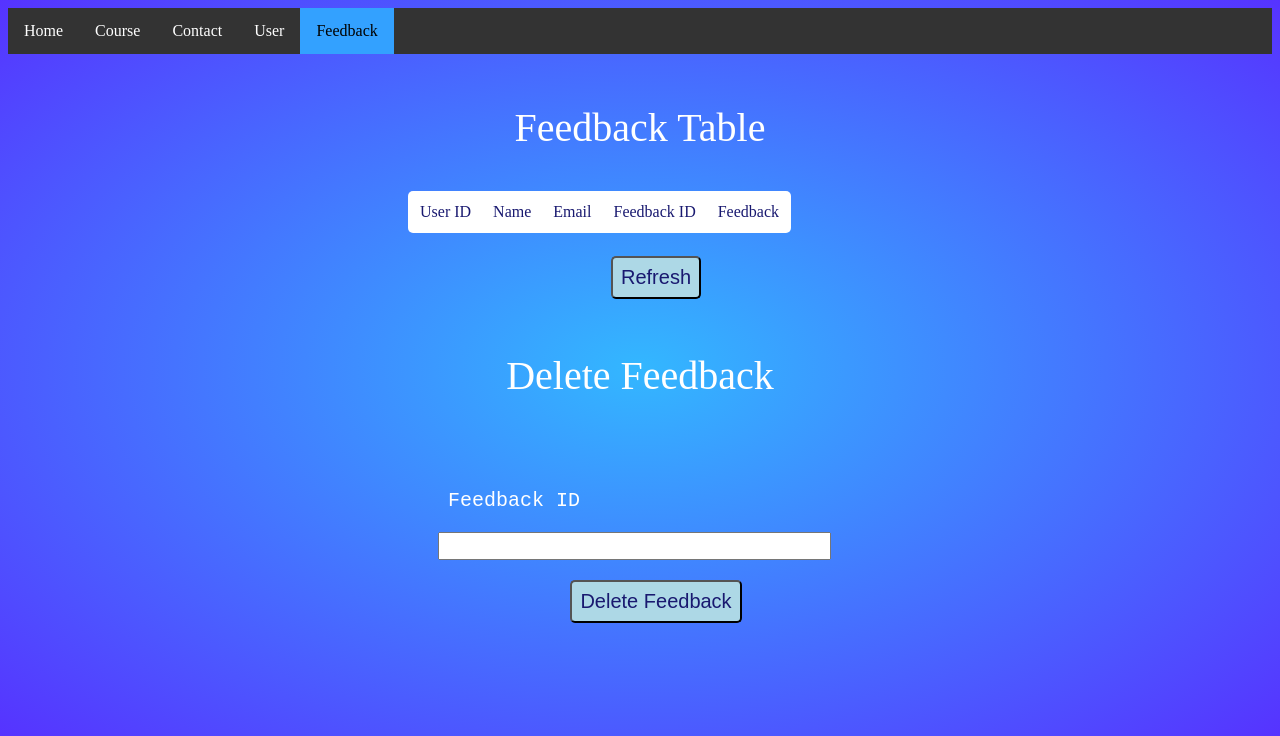
Repository: ShreyasG27/Amdocs-Training
Page: http://localhost/e-learning-frontend/feedbackdisplay.jsp
These files come from the project's save history. The page is drawn as it stood at one moment and after the next save; the edit follows.
The browser window is 1280 px wide. The pictures show the whole page.
The page is served by Tomcat 9. Other server files are loaded and not shown. Queries for data that is not in the repository find no rows.

Above is the page before, as saved 2021-08-23 04:50:08.

### e-learning-frontend/src/main/webapp/feedbackdisplay.jsp
<%@ page language="java" contentType="text/html; charset=ISO-8859-1"
    pageEncoding="ISO-8859-1"%>
    <%@ page import="java.sql.*" %>
<%@ page import="java.io.*" %>
<!DOCTYPE html PUBLIC "-//W3C//DTD HTML 4.01 Transitional//EN" "http://www.w3.org/TR/html4/loose.dtd">
<html>
<head>
<meta http-equiv="Content-Type" content="text/html; charset=ISO-8859-1">
<title>Feedback Page Admin</title>
<style>
body{
	background-image: radial-gradient(#33B7FF,#5633ff);
	color: white;
	height: 100vh;
}
.heading{
font-size:40px;
margin-top: 50px;
}
.submitbutton{
	margin-left:600px;
	padding:8px;
	font-size:20px;
	color: midnightblue;
	background-color:lightblue;
	border-radius:5px;
	margin-top: 20px;
}
.submitbutton:hover{
	margin-left:600px;
	padding:8px;
	font-size:20px;
	color: midnightblue;
	background-color:cyan;
	border-radius:5px;
	margin-top: 20px;
}
.deletebutton{
	margin-left:500px;
	padding:8px;
	font-size:20px;
	color: midnightblue;
	background-color:lightblue;
	border-radius:5px;
	margin-top: 20px;
}
.deletebutton:hover{
	margin-left:500px;
	padding:8px;
	font-size:20px;
	color: midnightblue;
	background-color:cyan;
	border-radius:5px;
	margin-top: 20px;
}
.inputfld{
	margin-left: 430px;
	padding: 5px;
	broder-radius:10px;
	font-size:12px;
	width:30%;
}
.inputfld1{
	margin-left: 420px;
	padding: 5px;
	broder-radius:10px;
	font-size:12px;
	width:30%;
}
.inputfld2{
	margin-left: 438px;
	padding: 5px;
	broder-radius:10px;
	font-size:12px;
	width:30%;
}
.txtfld{
	font-size:20px;
	margin-left:440px;
}
ul {
  list-style-type: none;
  margin: 0;
  padding: 0;
  overflow: hidden;
  background-color: #333;
  width:100%;
}

li {
  float: left;
}

li a {
  display: block;
  color: white;
  text-align: center;
  padding: 14px 16px;
  text-decoration: none;
}

li a:hover:not(.active) {
  background-color: #111;
}

.active {
  background-color: #33A1FF;
  color: black;
}
.tableedit{
	margin-left:400px;
	border-radius:5px;
	background-color:white;
}
</style>
</head>
<body>
<ul>
  <li><a href="afterloginadm.jsp">Home</a></li>
  <li><a href="course.jsp">Course</a></li>
  <li><a href="contactdisplay.jsp">Contact</a></li>
  <li><a href="userdisplay.jsp">User</a></li>
  <li><a class="active" href="feedbackdisplay.jsp">Feedback</a></li>
</ul>
 <center><p class="heading">Feedback Table</p></center>
<%
try {
/* Create string of connection url within specified format with machine
name, port number and database name. Here machine name id localhost and
database name is student. */
String connectionURL = "jdbc:mysql://localhost:3306/elearningschema";
// declare a connection by using Connection interface
Connection connection = null;
/* declare object of Statement interface that is used for executing sql
statements. */
Statement statement = null;
// declare a resultset that uses as a table for output data from tha table.
ResultSet rs = null;
// Load JBBC driver "com.mysql.jdbc.Driver"
Class.forName("com.mysql.cj.jdbc.Driver").newInstance();
/* Create a connection by using getConnection() method that takes parameters
of string type connection url, user name and password to connect to database.*/
connection = DriverManager.getConnection(connectionURL, "root", "root");
/* createStatement() is used for create statement object that is used for
sending sql statements to the specified database. */
statement = connection.createStatement();
// sql query to retrieve values from the secified table.
String QueryString = "SELECT * from feedback";
rs = statement.executeQuery(QueryString);
%>
<TABLE class="tableedit" cellpadding="10" style=" color:midnightblue;">
<TR>
<TD>User ID</TD>
<TD>Name</TD>
<TD>Email</TD>
<TD>Feedback ID</TD>
<TD>Feedback</TD>
</TR>
<%
while (rs.next()) {
%>
<TR>
<TD><%=rs.getInt(1)%></TD>
<TD><%=rs.getString(2)%></TD>
<TD><%=rs.getString(3)%></TD>
<TD><%=rs.getInt(4)%></TD>
<TD><%=rs.getString(5)%></TD>
</TR>
<% } %>
<%
// close all the connections.
rs.close();
statement.close();
connection.close();
} catch (Exception ex) {
%>
</font>
<font size="+3" color="red"></b>
<%
out.println("Unable to connect to database.");
}
%>
</TABLE><TABLE>
<TR>
<TD><FORM ACTION="feedbackdisplay.jsp" method="get" >
<button class="submitbutton" type="refresh">Refresh</button></TD>
</TR>
</TABLE>
</font>
<center><p class="heading">Delete Feedback</p></center>
<form action="feedbackdel" method="POST">
    <pre>

     <p class="txtfld">Feedback ID</p><input class="inputfld" type="number" name="feedbackid">
     	<input class="deletebutton" type="submit" value="Delete Feedback"><br>


    </pre>
</form>
</body>
</html>

After the next save:
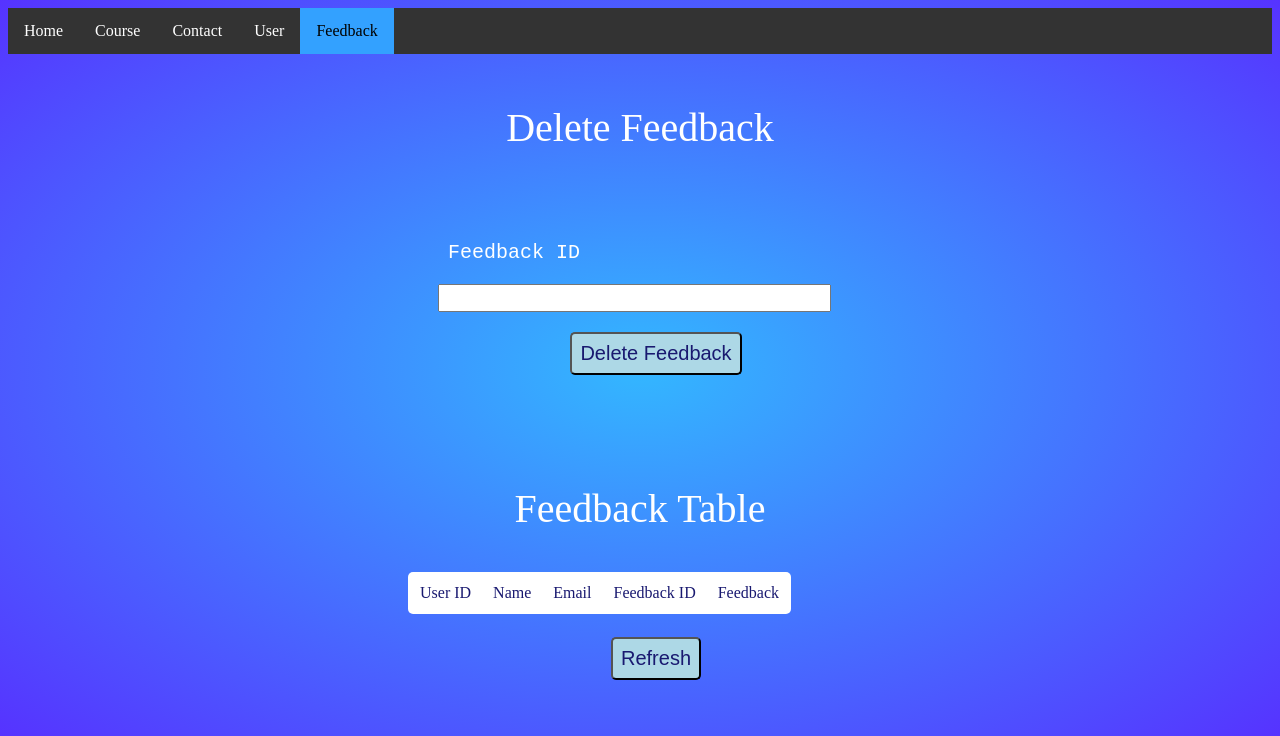
Saved 16 s later.
--- a/e-learning-frontend/src/main/webapp/feedbackdisplay.jsp
+++ b/e-learning-frontend/src/main/webapp/feedbackdisplay.jsp
@@ -122,7 +122,18 @@ li a:hover:not(.active) {
   <li><a href="userdisplay.jsp">User</a></li>
   <li><a class="active" href="feedbackdisplay.jsp">Feedback</a></li>
 </ul>
- <center><p class="heading">Feedback Table</p></center>
+
+<center><p class="heading">Delete Feedback</p></center>
+<form action="feedbackdel" method="POST">
+    <pre>
+
+     <p class="txtfld">Feedback ID</p><input class="inputfld" type="number" name="feedbackid">
+     	<input class="deletebutton" type="submit" value="Delete Feedback"><br>
+
+
+    </pre>
+</form>
+<center><p class="heading">Feedback Table</p></center>
 <%
 try {
 /* Create string of connection url within specified format with machine
@@ -187,15 +198,5 @@ out.println("Unable to connect to database.");
 </TR>
 </TABLE>
 </font>
-<center><p class="heading">Delete Feedback</p></center>
-<form action="feedbackdel" method="POST">
-    <pre>
-
-     <p class="txtfld">Feedback ID</p><input class="inputfld" type="number" name="feedbackid">
-     	<input class="deletebutton" type="submit" value="Delete Feedback"><br>
-
-
-    </pre>
-</form>
 </body>
 </html>
